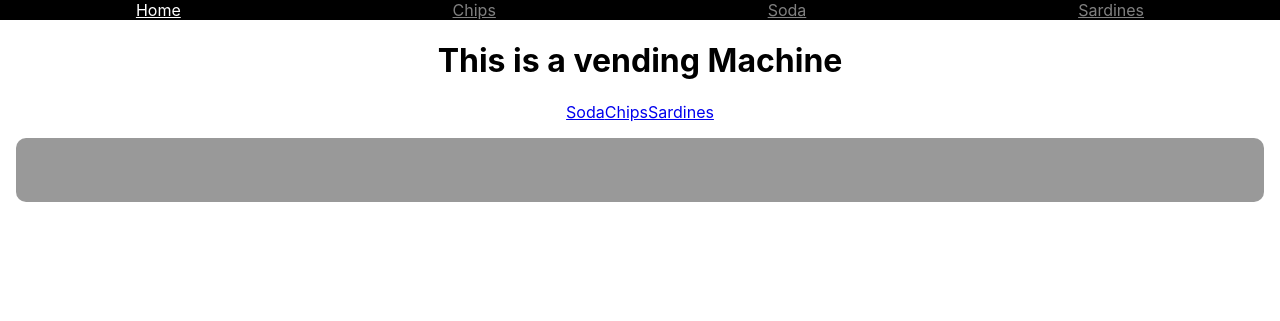
Repository: zhapar/vending-machine
Page: /
These files come from the project's save history. The page is drawn as it stood at one moment and after the next save; the edit follows.
The browser window is 1280 px wide. The pictures show the whole page.
The project was rebuilt for these pictures with package versions that can differ from the ones it lists, and the page was loaded fresh each time. Also part of the build but not shown: src/Chips.js, src/Sardines.js, src/Soda.js.

Above is the page before, as saved 2020-09-01 18:57:33.

After the next save:
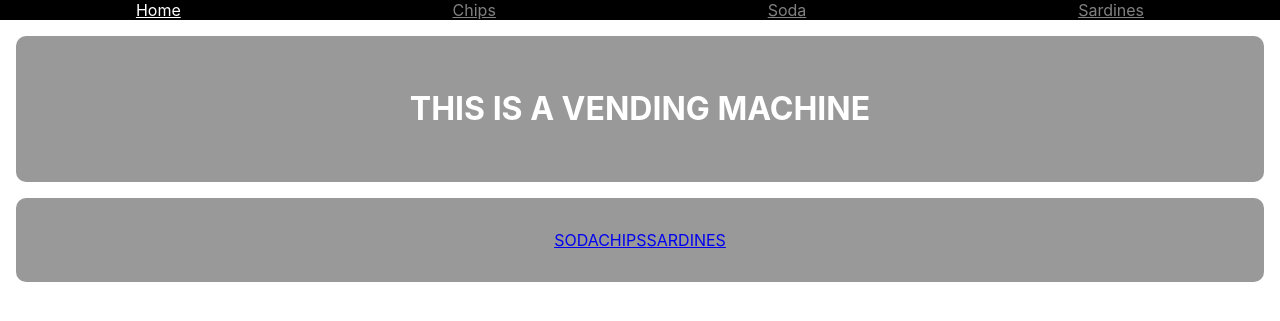
Saved 44 s later.
--- a/src/VendingMachine.js
+++ b/src/VendingMachine.js
@@ -6,11 +6,14 @@ class VendingMachine extends Component {
   render() {
     return (
       <div className="VendingMachine">
-        <h1>This is a vending Machine</h1>
-        <Link to="/soda">Soda</Link>
-        <Link to="/chips">Chips</Link>
-        <Link to="/sardines">Sardines</Link>
-        <Message />
+        <Message>
+          <h1>This is a vending Machine</h1>
+        </Message>
+        <Message>
+          <Link to="/soda">Soda</Link>
+          <Link to="/chips">Chips</Link>
+          <Link to="/sardines">Sardines</Link>
+        </Message>
       </div>
     );
   }
